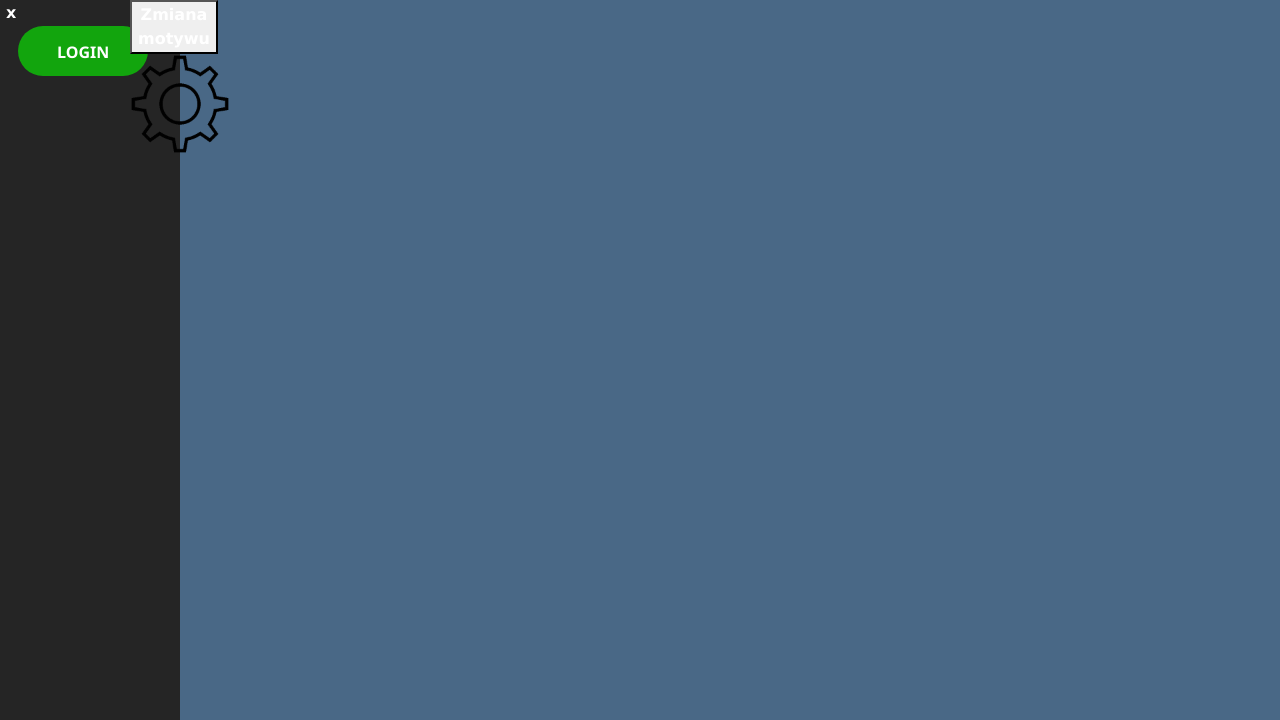
Repository: K4ziWolf/kazi
Page: /, after clicking the first element matching `button.xd-btn`
An editor plug-in stored every save of this project. The page is shown before and after the next save, followed by the edit.
The browser window is 1280 px wide. The pictures show the whole page.
The project was rebuilt for these pictures with package versions that can differ from the ones it lists, and the page was loaded fresh each time. Also part of the build but not shown: vue.config.js, src/components/login_screen.vue, src/components/option_screen.vue.

Above is the page before, as saved 2023-10-20 19:41:48.

After the next save:
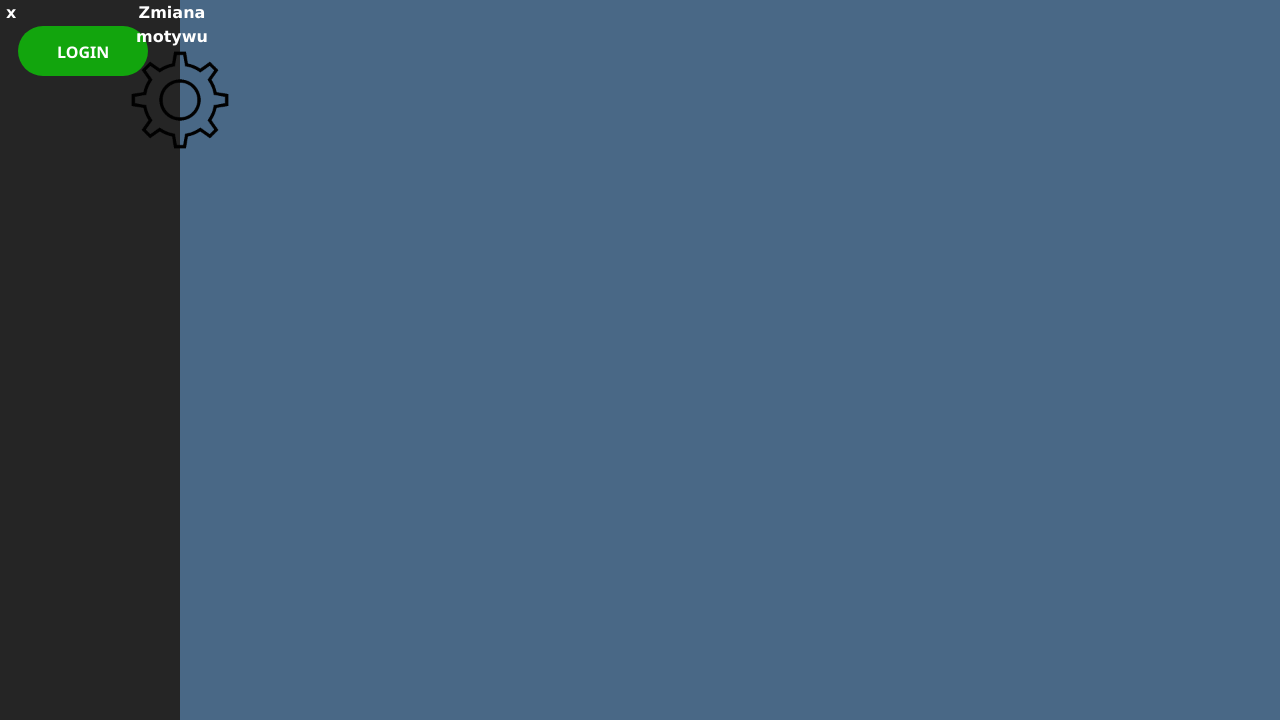
Saved 67 s later.
--- a/src/components/menu_screen.vue
+++ b/src/components/menu_screen.vue
@@ -150,7 +150,7 @@
 
   }
   .bright{
-    color: #333;
+    color: white;
   }
   #gear_icon_box img {
     max-width: 100px;
@@ -183,12 +183,12 @@
     width: 30px;
   }
   #change_theme_btn{
-
-
+    border: none;
+    background-color: transparent;
     display: grid;
 
     font-family:Verdana, Geneva, Tahoma, sans-serif;
     font-weight: bold;
     color: white;
-  }
+   }
   </style>
